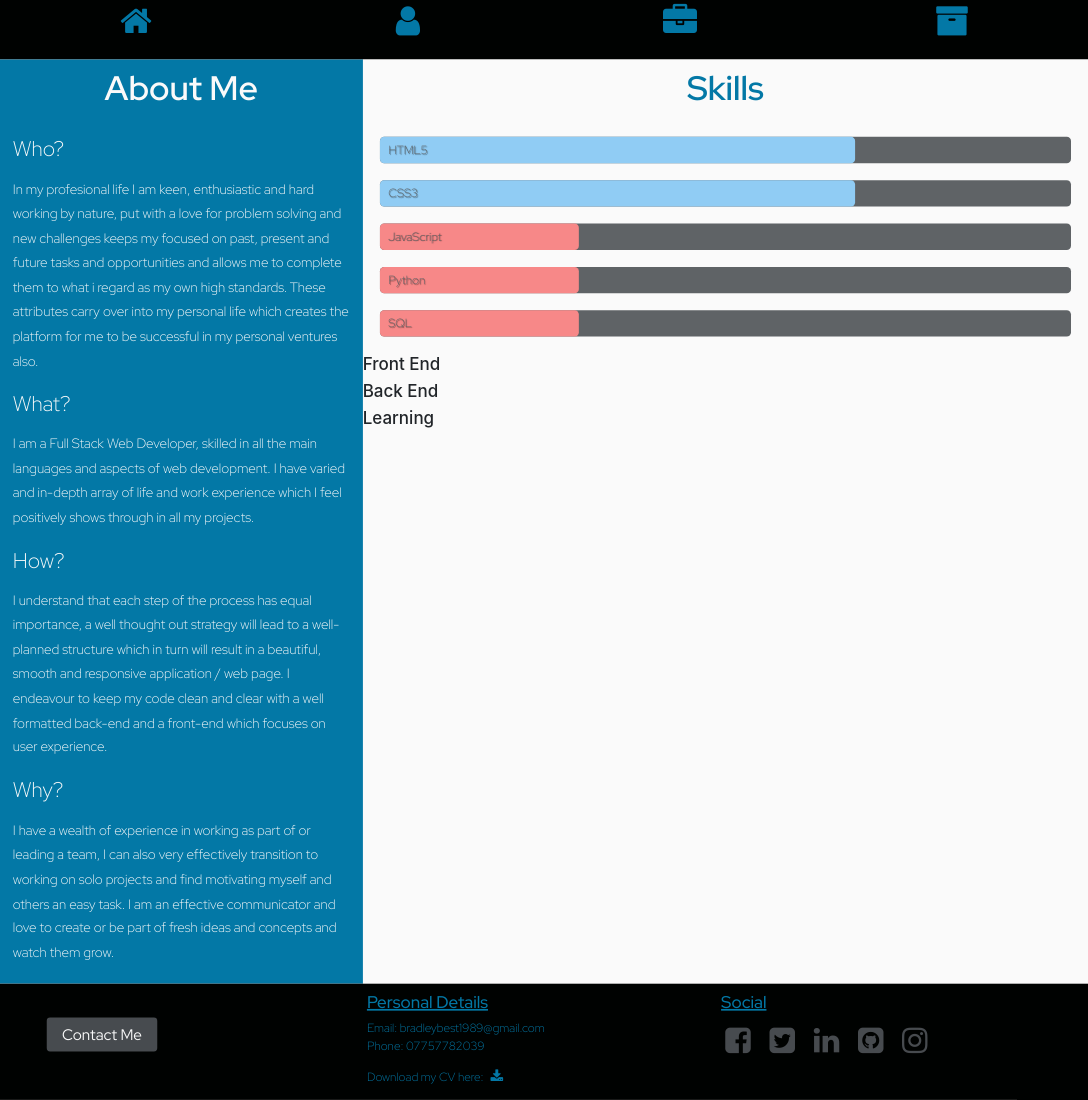
Repository: Brad000/Resume-project
Page: about-me.html
The author's editor kept a record of every edit. The page is drawn from the files as they stood at one moment, then again after the next edit.
The browser window is 1280 px wide. The pictures show the whole page, at 85% of full size.

Above is the page before.

After the next edit:
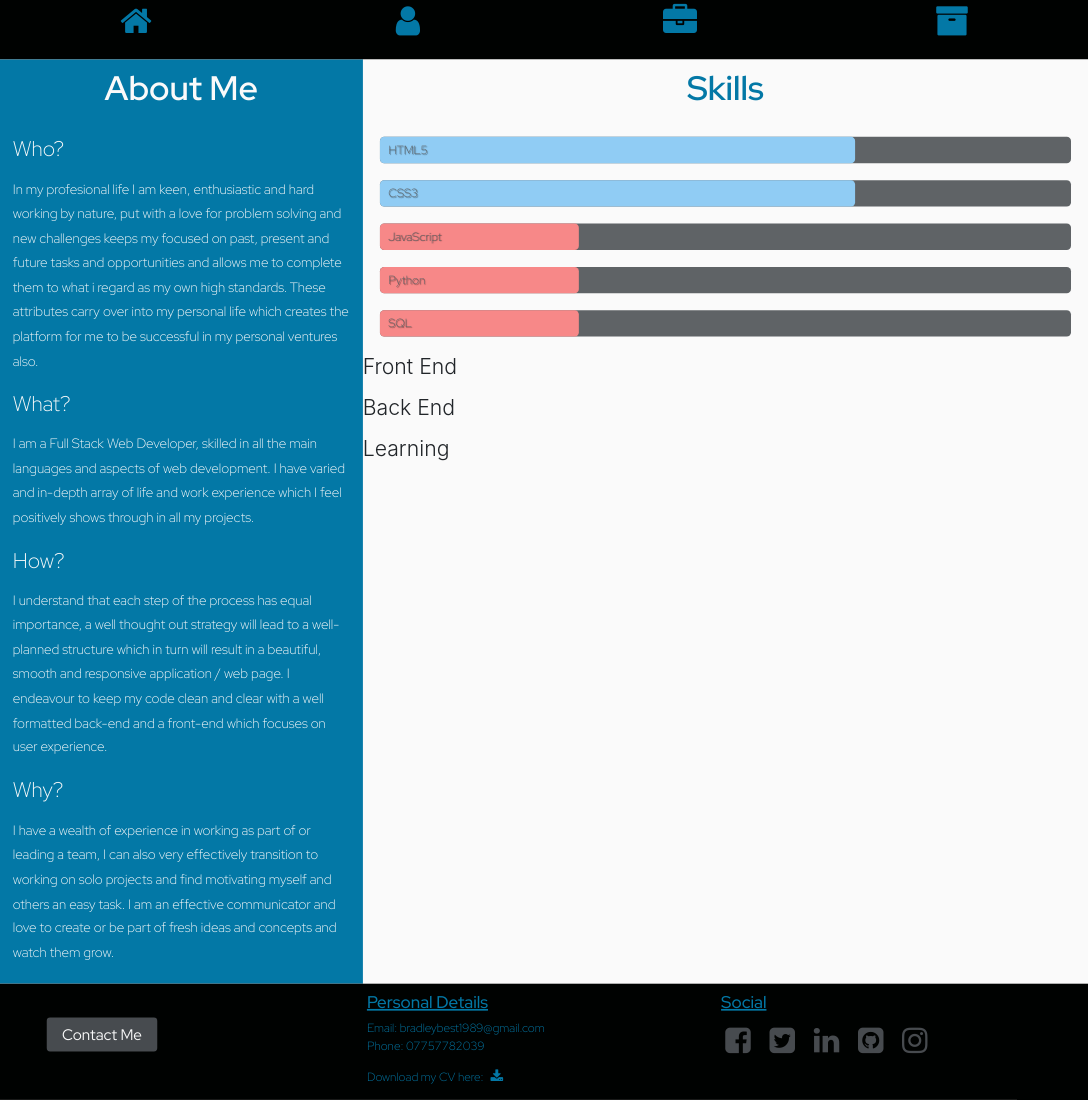
The edit:
--- a/about-me.html
+++ b/about-me.html
@@ -69,9 +69,9 @@
                 <div class="bar front learning" data-skill="JavaScript"></div>
                 <div class="bar back learning" data-skill="Python"></div>
                 <div class="bar back learning" data-skill="SQL"></div>
-                <h5 class="inline-block">Front End</h5>
-                <h5 class="inline-block">Back End</h5>
-                <h5 class="inline-block">Learning</h5>
+                <h5 class="headings">Front End</h5>
+                <h5 class="headings">Back End</h5>
+                <h5 class="headings">Learning</h5>
             </div>
         </div>
     </section>
